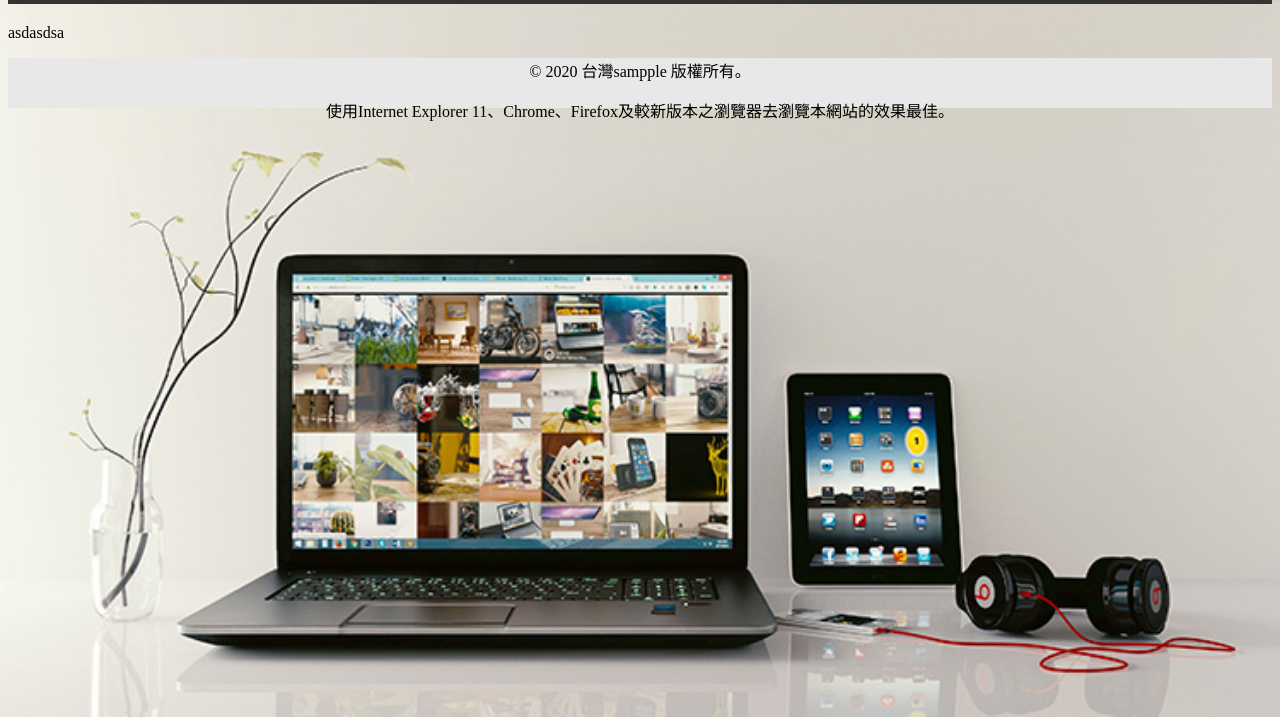
Repository: Vincent4142/NewFinalProject
Page: http://localhost/FinalProject/
These files come from the project's save history. The page is drawn as it stood at one moment and after the next save; the edit follows.
The browser window is 1280 px wide. The pictures show the whole page.
The page is served by Tomcat 9. Other server files are loaded and not shown.

Above is the page before, as saved 2020-04-09 05:44:40.

### FinalProject/WebContent/index.jsp
<%@ page language="java" contentType="text/html; charset=UTF-8"
    pageEncoding="UTF-8"%>

<!DOCTYPE html>
<html>
<head>
<meta charset="UTF-8">
<title>index</title>
<style type="text/css">

	body{
		background-image: url(img/indexbackground.jpg);
		background-repeat: no-repeat;
    	background-size: cover;
	}

</style>
</head>
<body>

<%@ include file="fragment/indexTOP.jsp" %>



asdasdsa



<%@ include file="fragment/indexBOTTOM.jsp" %>
</body>
</html>

### FinalProject/WebContent/fragment/indexTOP.jsp
<%@ page language="java" contentType="text/html; charset=UTF-8"
	pageEncoding="UTF-8"%>
<!DOCTYPE html>
<html>
<head>
<meta charset="UTF-8">
<title>indexTOP</title>

<style type="text/css">
.nav {
	margin-top: -50px;
	background-color: black;
}
/* 主UL */
.navul {
	background: rgba(255, 255, 255, 0.2);
	list-style-type: none;
	font-weight: bolder;
	font-size: 20px;
	overflow: auto;
}

.navul li {
	border-radius: 5px;
	margin-left: 0px;
	margin-right: 10px;
	float: left;
	display: block;
	position: static;
}

.navul li a {
	text-decoration: none;
	color: gray;
}

.navul li a:hover {
	color: white;
}

#navright {
	float: right;
}
</style>

</head>
<body>

	<nav class="nav" style="text-align: center;">

		<ul class="navul">
			<li><a href="index.jsp"><img alt="logo" src="img/pineapple.jpg"></a></li>
			<li><a href="eyeMakPage.jsp">eyeMak</a></li>
			<li><a href="eyePadPage.jsp">eyePad</a></li>
			<li><a href="eyeFonePage.jsp">eyeFone</a></li>

			<div id="navright">
				<li><a href="customerServicePage.jsp">客服支援</a></li>
				<li><a href="LoginPage.jsp">登入</a></li>
				<li><a href="shoppingcartPage.jsp">購物車清單</a></li>
			</div>
		</ul>

	</nav>

</body>
</html>

### FinalProject/WebContent/fragment/indexBOTTOM.jsp
<%@ page language="java" contentType="text/html; charset=UTF-8"
    pageEncoding="UTF-8"%>
<!DOCTYPE html>
<html>
<head>
<meta charset="UTF-8">
<title>indexBOTTOM</title>

<style type="text/css">

	#bottom{
		background-color:#E8E8E8;
		text-align: center;
		height: 50px;

	}

</style>

</head>
<body>
	<div id="bottom">
		<p>© 2020 台灣sampple 版權所有。</p>

		<p>使用Internet Explorer 11、Chrome、Firefox及較新版本之瀏覽器去瀏覽本網站的效果最佳。</p>
	</div>
</body>
</html>

After the next save:
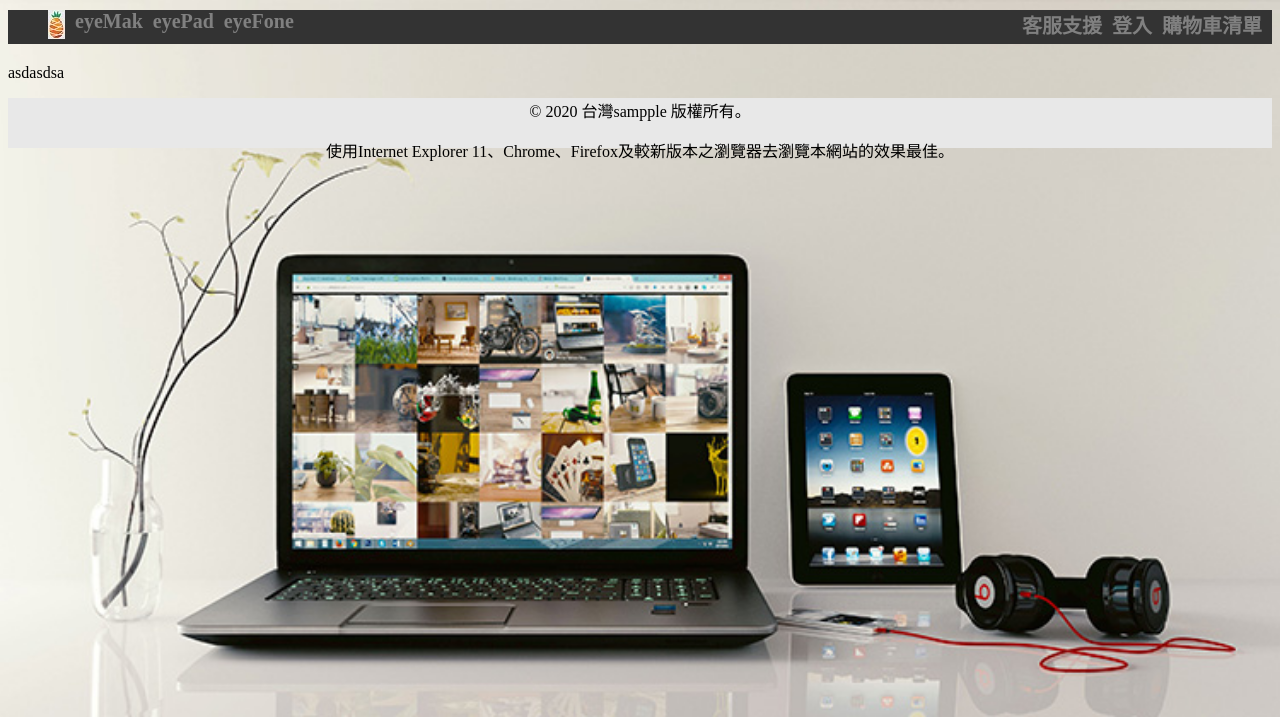
Saved 19 s later.
--- a/FinalProject/WebContent/fragment/indexTOP.jsp
+++ b/FinalProject/WebContent/fragment/indexTOP.jsp
@@ -8,7 +8,7 @@
 
 <style type="text/css">
 .nav {
-	margin-top: -50px;
+	margin-top: -10px;
 	background-color: black;
 }
 /* 主UL */
